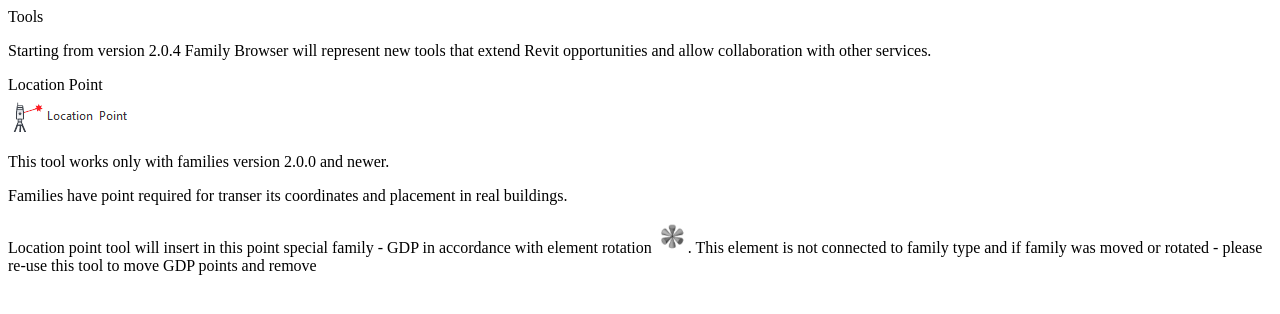
Repository: RomanLavrov/FamilyBrowserUserGuide
Page: http://localhost/FamilyBrowser/application/views/en/tools_view.php
An editor plug-in stored every save of this project. The page is shown before and after a run of saves, followed by the edit.
The browser window is 1280 px wide. The pictures show the whole page.
The page is run by PHP 8.4 with error messages shown; the project is at /var/www/html/.

Above is the page before, as saved 2019-10-24 12:00:08.

After the next 4 saves:
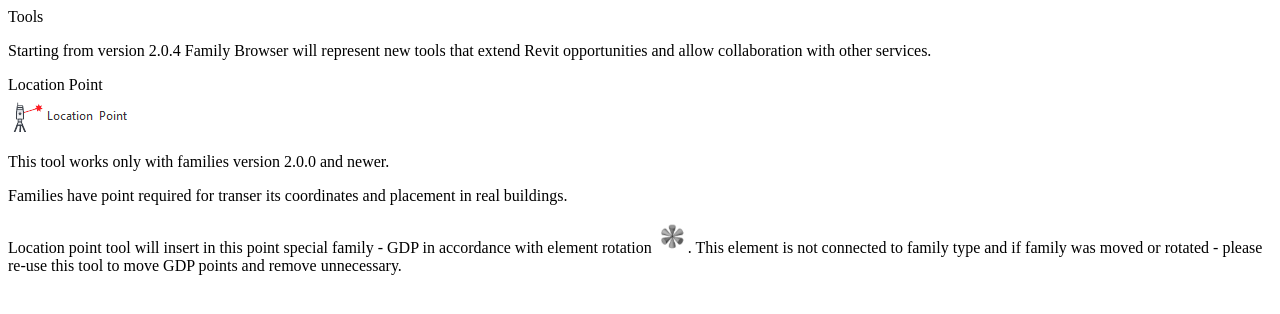
The 4 saves are shown as one change because they came seconds apart.
The last was saved 23 s later.
--- a/FamilyBrowser/application/views/en/tools_view.php
+++ b/FamilyBrowser/application/views/en/tools_view.php
@@ -7,10 +7,11 @@
 
 <div class="article-header">Location Point</div>
 <div class="article-content">
-<img  src="/FamilyBrowser/images/LocationPointButton_en.png" alt="">
+      <img src="/FamilyBrowser/images/LocationPointButton_en.png" alt="">
       <p>This tool works only with families version 2.0.0 and newer.</p>
       <p>Families have point required for transer its coordinates and placement in real buildings.</p>
       <p>Location point tool will insert in this point special family - GDP in accordance with element rotation
-            <img style = "height:32px"src="/FamilyBrowser/images/GDP.png" alt="">. This element is not connected to family type and if family was moved or rotated - please re-use this tool to move GDP points and remove
-</p>
+            <img style="height:32px" src="/FamilyBrowser/images/GDP.png" alt="">. This element is not connected to
+            family type and if family was moved or rotated - please re-use this tool to move GDP points and remove unnecessary.
+      </p>
 </div>
